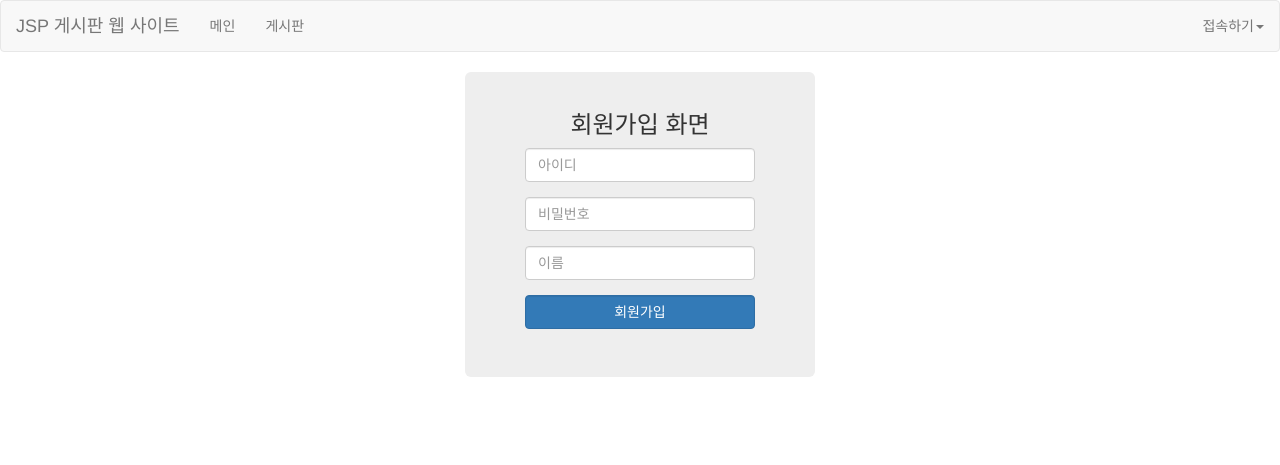
Repository: kimdy108/jsp-bbs
Page: http://localhost/BBS/join.jsp
The author's editor kept a copy of each file at every save. The page is drawn from the files as they stood at one save, then again after the next save.
The browser window is 1280 px wide. The pictures show the whole page.
Some web libraries are served in a nearby version. The page is served by Tomcat 9.

Above is the page before, as saved 2025-05-24 13:24:18.

After the next save:
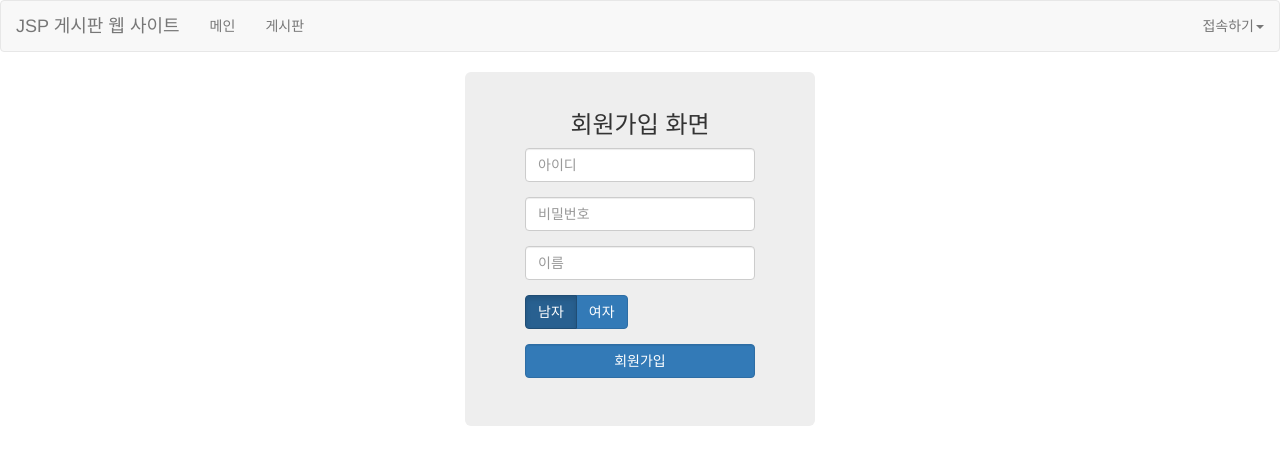
Saved 2 min 49 s later.
--- a/BBS/src/main/webapp/join.jsp
+++ b/BBS/src/main/webapp/join.jsp
@@ -54,7 +54,14 @@
 						<input type="text" class="form-control" placeholder="이름" name="userName" maxlength="20">
 					</div>
 					<div class="form-group" style="text-aling: center">
-
+						<div class="btn-group" data-toggle="buttons">
+							<label class="btn btn-primary active">
+								<input type="radio" name="userGender" autocomplete="off" value="남자" checked> 남자
+							</label>
+							<label class="btn btn-primary">
+								<input type="radio" name="userGender" autocomplete="off" value="여자" checked> 여자
+							</label>
+						</div>
 					</div>
 					<input type="submit" class="btn btn-primary form-control" value="회원가입">
 				</form>
